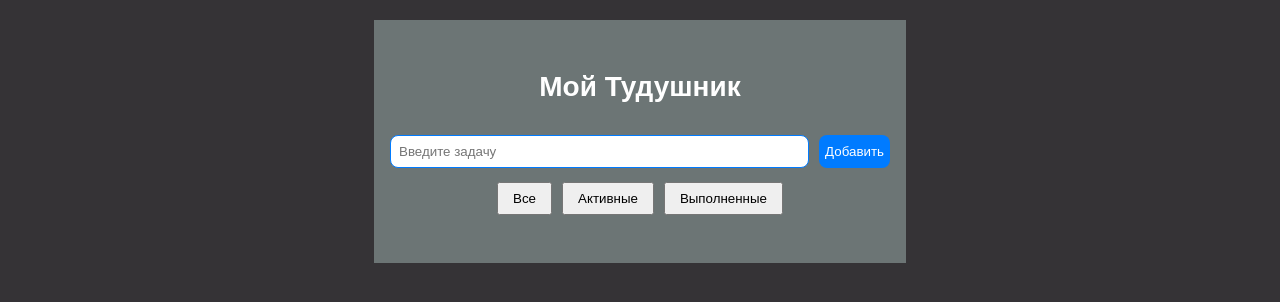
Repository: AlekCawka/-todo-project
Page: /
These files come from the project's save history. The page is drawn as it stood at one moment and after a run of saves; the edit follows.
The browser window is 1280 px wide. The pictures show the whole page.
The project was rebuilt for these pictures with package versions that can differ from the ones it lists, and the page was loaded fresh each time. Also part of the build but not shown: vite.config.js.

Above is the page before, as saved 2025-08-06 22:09:49.

After the next 2 saves:
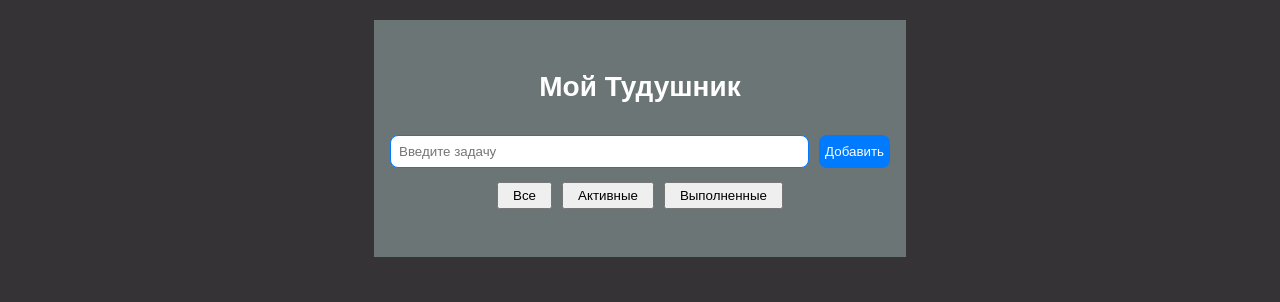
The 2 saves are shown as one change because they came seconds apart.
The last was saved 6 s later.
--- a/src/App.css
+++ b/src/App.css
@@ -52,7 +52,7 @@ body {
 }
 
 .filters button {
-    padding: 7px 14px;
+    padding: 4px 14px;
 }
 /*
 .filters {
